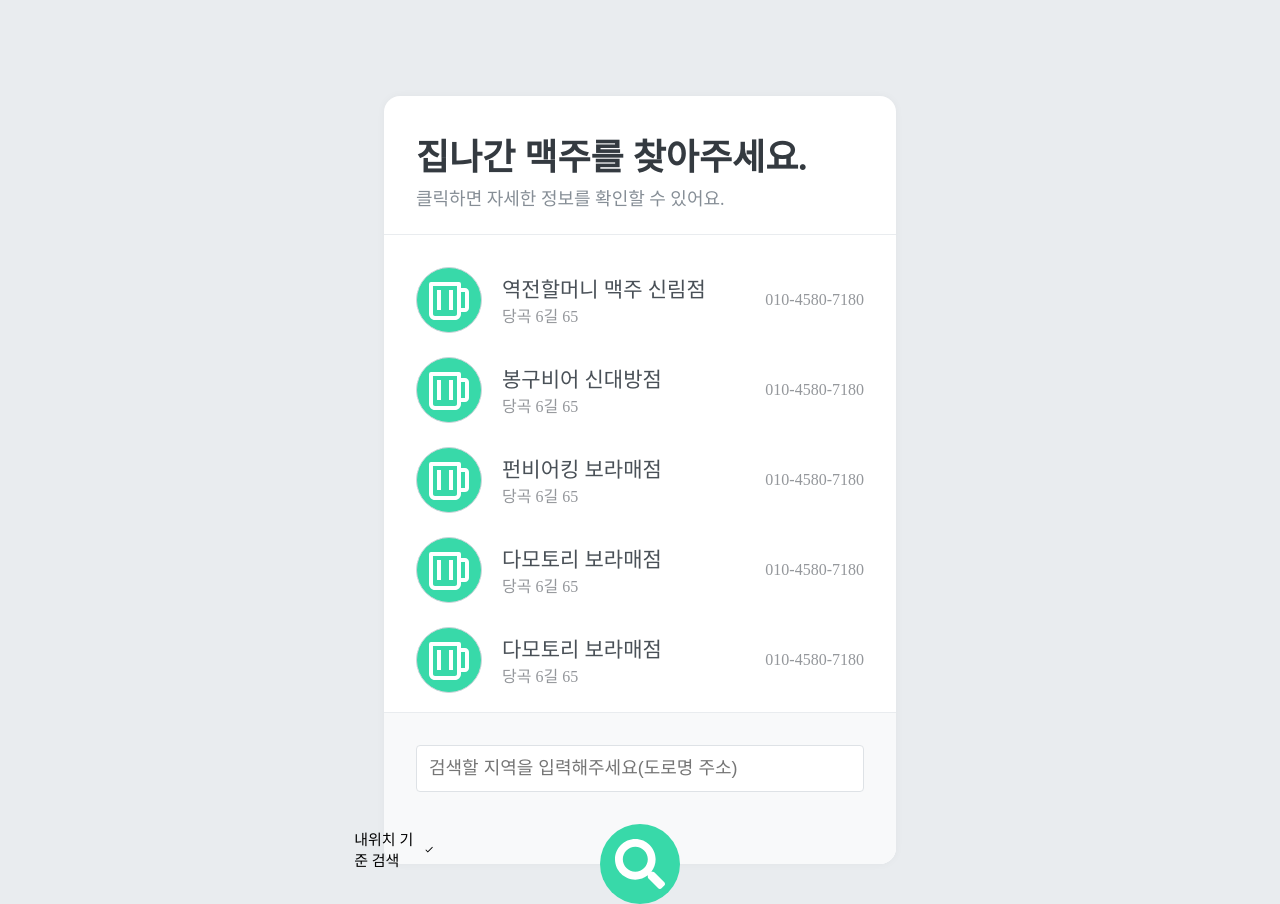
Repository: THE-SOPT-WEB/kimNamjun
Page: / (app in week4/bring-my-beer/)
The author's editor kept a copy of each file at every save. The page is drawn from the files as they stood at one save, then again after the next save.
The browser window is 1280 px wide. The pictures show the whole page.
An inner scrolling area shows only its first screen. The project was rebuilt for these pictures with package versions that can differ from the ones it lists, and the page was loaded fresh each time.

Above is the page before, as saved 2022-05-13 02:08:09.

### week4/bring-my-beer/public/index.html
<!DOCTYPE html>
<html lang="en">
  <head>
    <meta charset="utf-8" />
    <link rel="icon" href="%PUBLIC_URL%/favicon.ico" />
    <meta name="viewport" content="width=device-width, initial-scale=1" />
    <meta name="theme-color" content="#000000" />
    <meta
      name="description"
      content="Web site created using create-react-app"
    />
    <link rel="apple-touch-icon" href="%PUBLIC_URL%/logo192.png" />
    <!--
      manifest.json provides metadata used when your web app is installed on a
      user's mobile device or desktop. See https://developers.google.com/web/fundamentals/web-app-manifest/
    -->
    <link rel="manifest" href="%PUBLIC_URL%/manifest.json" />
    <!--
      Notice the use of %PUBLIC_URL% in the tags above.
      It will be replaced with the URL of the `public` folder during the build.
      Only files inside the `public` folder can be referenced from the HTML.

      Unlike "/favicon.ico" or "favicon.ico", "%PUBLIC_URL%/favicon.ico" will
      work correctly both with client-side routing and a non-root public URL.
      Learn how to configure a non-root public URL by running `npm run build`.
    -->
    <title>우리동네 맥주집</title>
  </head>
  <body>
    <noscript>You need to enable JavaScript to run this app.</noscript>
    <div id="root"></div>
    <!--
      This HTML file is a template.
      If you open it directly in the browser, you will see an empty page.

      You can add webfonts, meta tags, or analytics to this file.
      The build step will place the bundled scripts into the <body> tag.

      To begin the development, run `npm start` or `yarn start`.
      To create a production bundle, use `npm run build` or `yarn build`.
    -->
  </body>
</html>

### week4/bring-my-beer/src/App.js
import React from 'react';
import { createGlobalStyle } from 'styled-components';
import Template from './components/Template';
import Header from './components/Header';
import List from './components/List';
import Search from './components/Search';

const GlobalStyle = createGlobalStyle`
  body {
    background: #e9ecef;
  }
`;

function App() {
  return (
    <>
      <GlobalStyle />
      <Template>
        <Header />
        <List />
        <Search />
      </Template>
    </>
  );
}

export default App;

### week4/bring-my-beer/src/components/Template.jsx
import React from 'react';
import styled from 'styled-components';

const TemplateBlock = styled.div`
  width: 512px;
  height: 768px;

  position: relative;
  background: white;
  border-radius: 16px;
  box-shadow: 0 0 8px 0 rgba(0, 0, 0, 0.04);

  margin: 0 auto;

  margin-top: 96px;
  margin-bottom: 32px;
  display: flex;
  flex-direction: column;
`;

function Template({ children }) {
  return <TemplateBlock>{children}</TemplateBlock>;
}

export default Template;

### week4/bring-my-beer/src/components/Header.jsx
import React from 'react';
import styled from 'styled-components';

const HeaderBlock = styled.div`
  padding: 32px 32px 24px 32px;
  border-bottom: 1px solid #e9ecef;
  h1 {
    margin: 0;
    font-size: 36px;
    color: #343a40;
  }
  .tip {
    margin-top: 4px;
    color: #868e96;
    font-size: 18px;
  }
`;

function Header() {
  return (
    <HeaderBlock>
      <h1>집나간 맥주를 찾아주세요. </h1>
      <div className="tip">클릭하면 자세한 정보를 확인할 수 있어요.</div>
    </HeaderBlock>
  );
}

export default Header;

### week4/bring-my-beer/src/components/List.jsx
import React from 'react';
import axios from "axios";
import Skeleton, { SkeletonTheme } from 'react-loading-skeleton'
import styled from 'styled-components';
import Item from './Item';

const ListBlock = styled.div`
  flex: 1;
  padding: 20px 32px;
  padding-bottom: 48px;
  overflow-y: auto;
`;

function List() {
  return (
    <ListBlock>
      <Item title="역전할머니 맥주 신림점" adress='당곡 6길 65' contact='010-4580-7180'/>
      <Item title="봉구비어 신대방점" adress='당곡 6길 65' contact='010-4580-7180'/>
      <Item title="펀비어킹 보라매점" adress='당곡 6길 65' contact='010-4580-7180'/>
      <Item title="다모토리 보라매점" adress='당곡 6길 65' contact='010-4580-7180'/>
      <Item title="다모토리 보라매점" adress='당곡 6길 65' contact='010-4580-7180'/>
      <Item title="다모토리 보라매점" adress='당곡 6길 65' contact='010-4580-7180'/>
      <Item title="다모토리 보라매점" adress='당곡 6길 65' contact='010-4580-7180'/>
      <Item title="다모토리 보라매점" adress='당곡 6길 65' contact='010-4580-7180'/>
      <Item title="다모토리 보라매점" adress='당곡 6길 65' contact='010-4580-7180'/>
      <Item title="다모토리 보라매점" adress='당곡 6길 65' contact='010-4580-7180'/>
      <Item title="다모토리 보라매점" adress='당곡 6길 65' contact='010-4580-7180'/>
      <Item title="다모토리 보라매점" adress='당곡 6길 65' contact='010-4580-7180'/>
      <Item title="다모토리 보라매점" adress='당곡 6길 65' contact='010-4580-7180'/>
      <Item title="다모토리 보라매점" adress='당곡 6길 65' contact='010-4580-7180'/>
      <Item title="다모토리 보라매점" adress='당곡 6길 65' contact='010-4580-7180'/>
      <Item title="다모토리 보라매점" adress='당곡 6길 65' contact='010-4580-7180'/>
    </ListBlock>
  );
}

export default List;

### week4/bring-my-beer/src/components/Search.jsx
import React from 'react';
import styled from 'styled-components';
import { FaSearch } from 'react-icons/fa';
import { MdDone } from 'react-icons/md';

const CircleButton = styled.button`
  background: #38d9a9;
  &:hover {
    background: #63e6be;
  }
  &:active {
    background: #20c997;
  }

  cursor: pointer;
  width: 80px;
  height: 80px;
  display: block;
  align-items: center;
  justify-content: center;
  font-size: 50px;
  position: absolute;
  left: 50%;
  bottom: 0px;
  transform: translate(-50%, 50%);
  color: white;
  border-radius: 50%;
  border: none;
  outline: none;
  display: flex;
  align-items: center;
  justify-content: center;
  transition: 0.125s all ease-in;

`;

const InsertFormPositioner = styled.div`
  width: 100%;
  bottom: 0;
  left: 0;
  position: absolute;
`;

const InsertForm = styled.form`
  background: #f8f9fa;
  padding: 32px 32px 72px 32px;
  border-bottom-left-radius: 16px;
  border-bottom-right-radius: 16px;
  border-top: 1px solid #e9ecef;
`;

const Input = styled.input`
  padding: 12px;
  border-radius: 4px;
  border: 1px solid #dee2e6;
  width: 100%;
  outline: none;
  font-size: 18px;
  box-sizing: border-box;
`;

const CheckBox = styled.div`
  width: 80px;
  height: 80px;
  display: block;
  align-items: center;
  justify-content: center;
  font-size: 15px;
  position: absolute;
  left: 2%;
  bottom: 15px;
  transform: translate(-50%, 50%);
  border-radius: 50%;
  border: none;
  outline: none;
  display: flex;
  align-items: center;
  justify-content: center;
  transition: 0.125s all ease-in;

`

function Search() {

  return (
    <>
        <InsertFormPositioner>
          <InsertForm>
            <Input autoFocus placeholder="검색할 지역을 입력해주세요(도로명 주소)" disabled='' />
          </InsertForm>
        </InsertFormPositioner>
      <CircleButton>
        <FaSearch/>
      </CircleButton>
      <CheckBox>
        <p> 내위치 기준 검색 </p>
        <MdDone/>
      </CheckBox>

    </>
  );
}

export default Search;

### week4/bring-my-beer/src/components/Item.jsx
import React from 'react';
import styled  from 'styled-components';
import { BiBeer } from 'react-icons/bi';

const Remove = styled.div`
  display: flex;
  align-items: center;
  justify-content: center;
  color: #dee2e6;
  font-size: 24px;
  cursor: pointer;
`;

const ItemBlock = styled.div`
  display: flex;
  align-items: center;
  padding-top: 12px;
  padding-bottom: 12px;
`;

const Icon = styled.div`
  width: 64px;
  height: 64px;
  border-radius: 50px;
  border: 1px solid #ced4da;
  font-size: 48px;
  display: flex;
  align-items: center;
  justify-content: center;
  margin-right: 20px;
  cursor: pointer;
  background-color: #38d9a9;
  color: #fff;
`;

const Title = styled.div`
  flex: 1;
  font-size: 21px;
  color: #495057;
`;

const Adress = styled.div`
  font-size: 16px;
  color: #94979b;
`

const  Contact = styled.div`
  font-size: 16px;
  color: #94979b;
`

function Item({ title,adress,contact }) {
  return (
    <ItemBlock>
      <Icon >
        <BiBeer />
      </Icon>
      <Title >{title}
        <Adress>{adress}</Adress>
      </Title>
      <Contact>{contact}</Contact>
    </ItemBlock>
  );
}

export default Item;

Loaded but not shown: week4/bring-my-beer/src/index.js (common file)

After the next save:
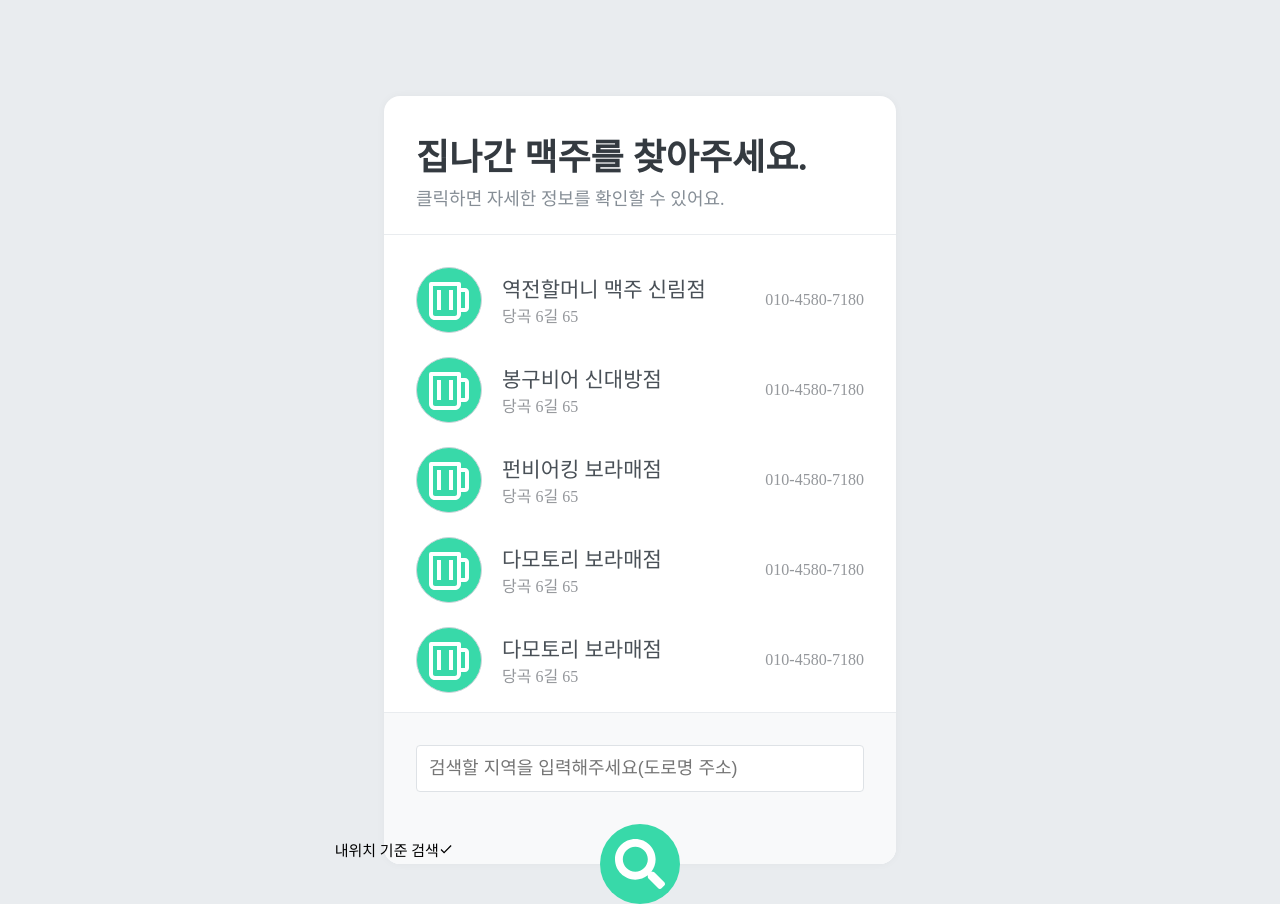
Saved 9 s later.
--- a/week4/bring-my-beer/src/components/Search.jsx
+++ b/week4/bring-my-beer/src/components/Search.jsx
@@ -60,8 +60,6 @@ const Input = styled.input`
 `;
 
 const CheckBox = styled.div`
-  width: 80px;
-  height: 80px;
   display: block;
   align-items: center;
   justify-content: center;
